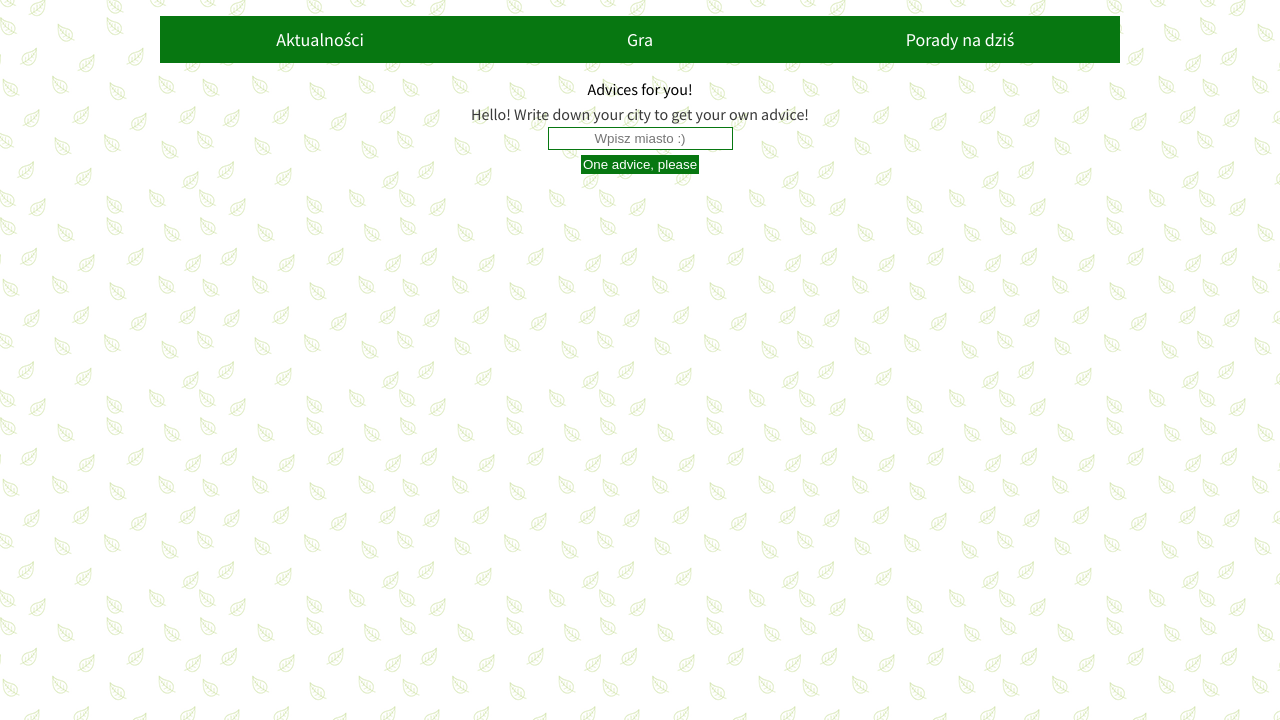
Repository: Karina-00/hackyea
Page: hackyea-master/frontend/pogoda/advice.html
An editor plug-in stored every save of this project. The page is shown before and after the next save, followed by the edit.
The browser window is 1280 px wide. The pictures show the whole page.

Above is the page before, as saved 2019-09-15 13:44:12.

After the next save:
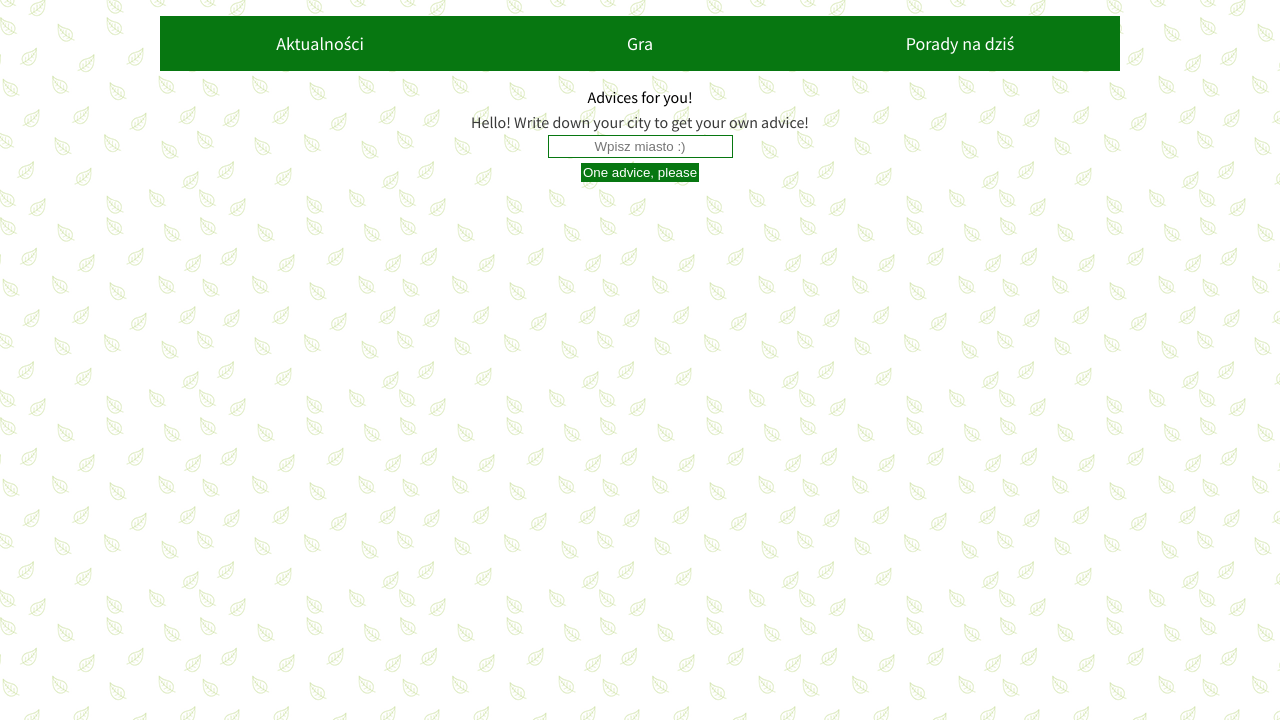
Saved 63 s later.
--- a/hackyea-master/frontend/index/artykuly.css
+++ b/hackyea-master/frontend/index/artykuly.css
@@ -25,7 +25,7 @@ body{
    color: #fff;
    font-size: 18px;
    display: block;
-   padding: 12px;
+   padding: 16px;
  }
 
  nav a:hover{
